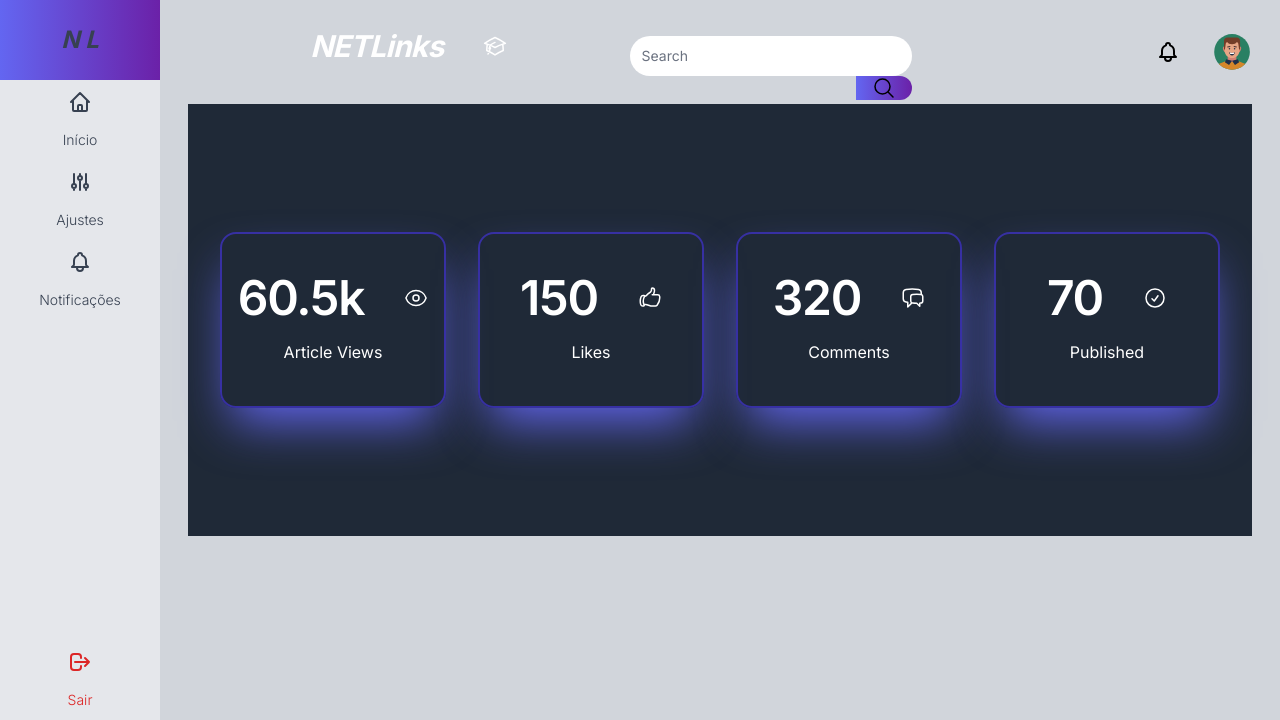
Repository: KennedyWanderson/AdminDashboard
Page: / (app in Code/admindashboard/)
The author's editor kept a copy of each file at every save. The page is drawn from the files as they stood at one save, then again after the next save.
The browser window is 1280 px wide. The pictures show the whole page.
The project was rebuilt for these pictures with package versions that can differ from the ones it lists, and the page was loaded fresh each time. The framework's server and built-in components were replaced by stand-ins that run in the browser. Also part of the build but not shown: Code/admindashboard/next.config.mjs.

Above is the page before, as saved 2024-06-24 20:27:47.

After the next save:
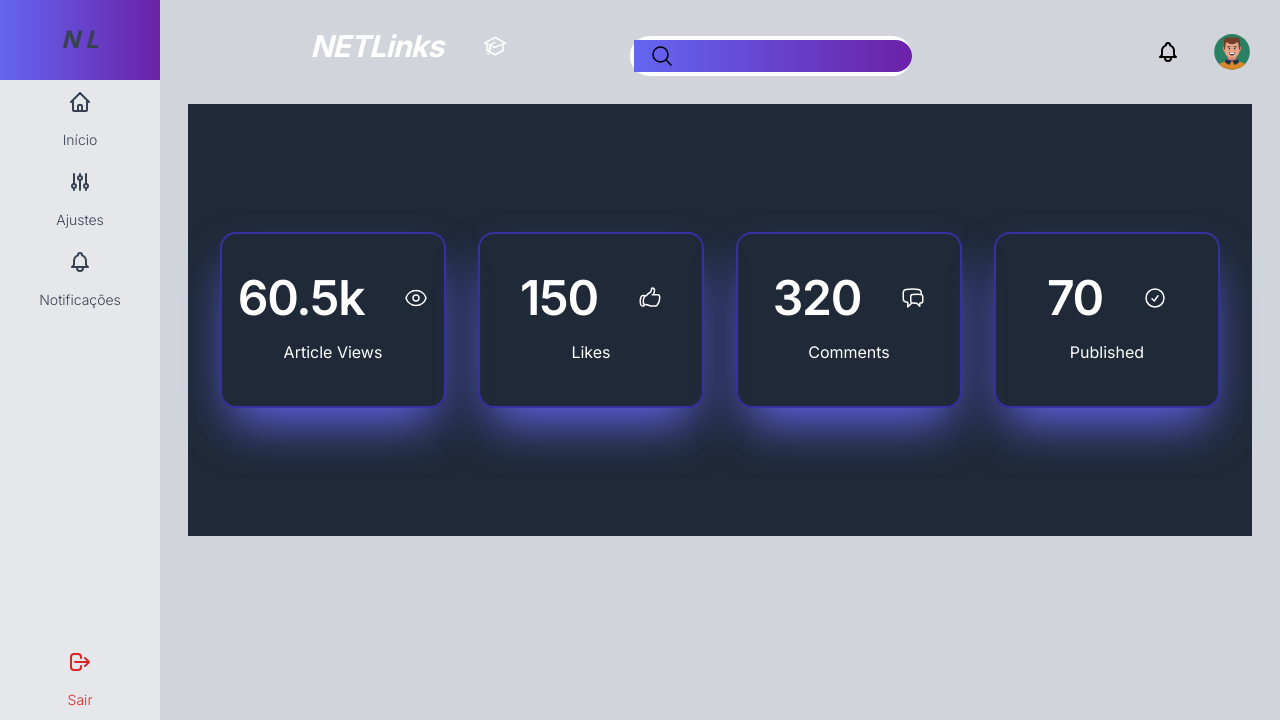
Saved 4 s later.
--- a/Code/admindashboard/src/components/Header.jsx
+++ b/Code/admindashboard/src/components/Header.jsx
@@ -38,7 +38,7 @@
                         id="search"
                         className="w-full rounded-full py-2 px-6"
                     />
-                    <div className="absolute ins px-4 right-0 flex items-center rounded-r-full bg-gradient-to-r from-indigo-500 to-purple-800 cursor-pointer">
+                    <div className="absolute inset-1 px-4 right-0 flex items-center rounded-r-full bg-gradient-to-r from-indigo-500 to-purple-800 cursor-pointer">
                         {IconeSearch}
                     </div>
                 </div>

After the save that followed:
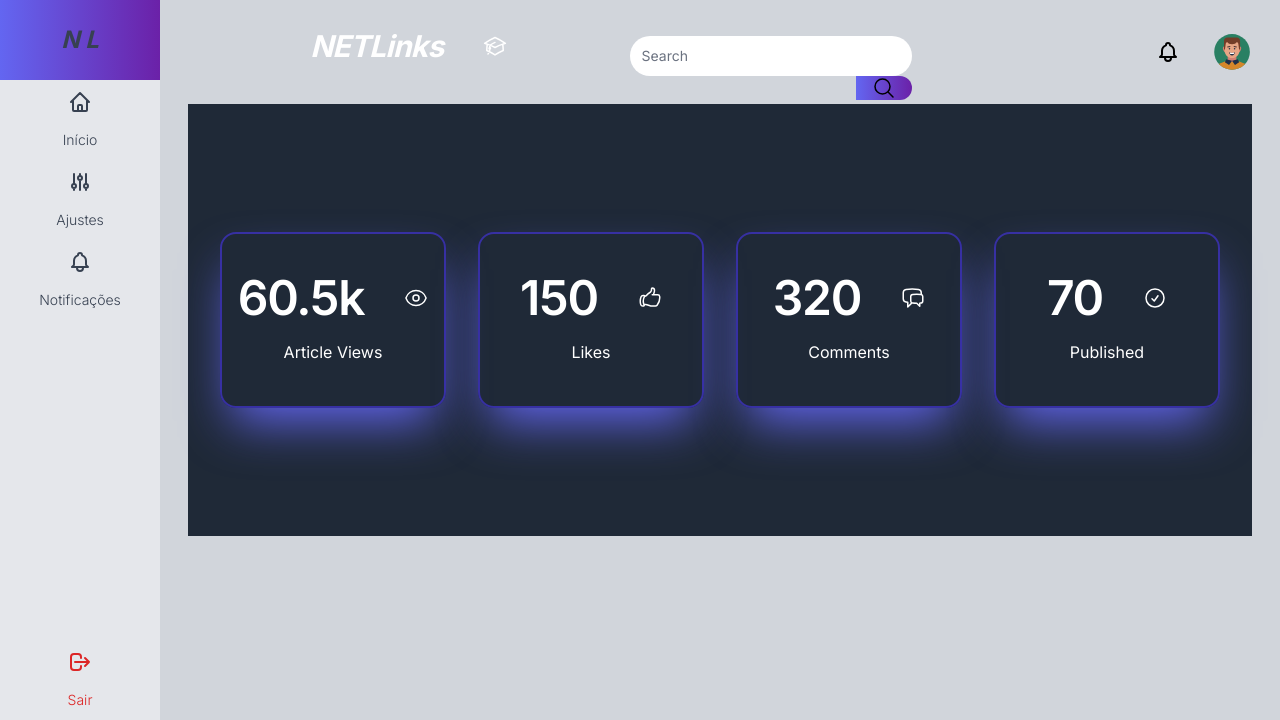
Saved 7 s later.
--- a/Code/admindashboard/src/components/Header.jsx
+++ b/Code/admindashboard/src/components/Header.jsx
@@ -38,7 +38,7 @@
                         id="search"
                         className="w-full rounded-full py-2 px-6"
                     />
-                    <div className="absolute inset-1 px-4 right-0 flex items-center rounded-r-full bg-gradient-to-r from-indigo-500 to-purple-800 cursor-pointer">
+                    <div className="absolute inset- px-4 right-0 flex items-center rounded-r-full bg-gradient-to-r from-indigo-500 to-purple-800 cursor-pointer">
                         {IconeSearch}
                     </div>
                 </div>
